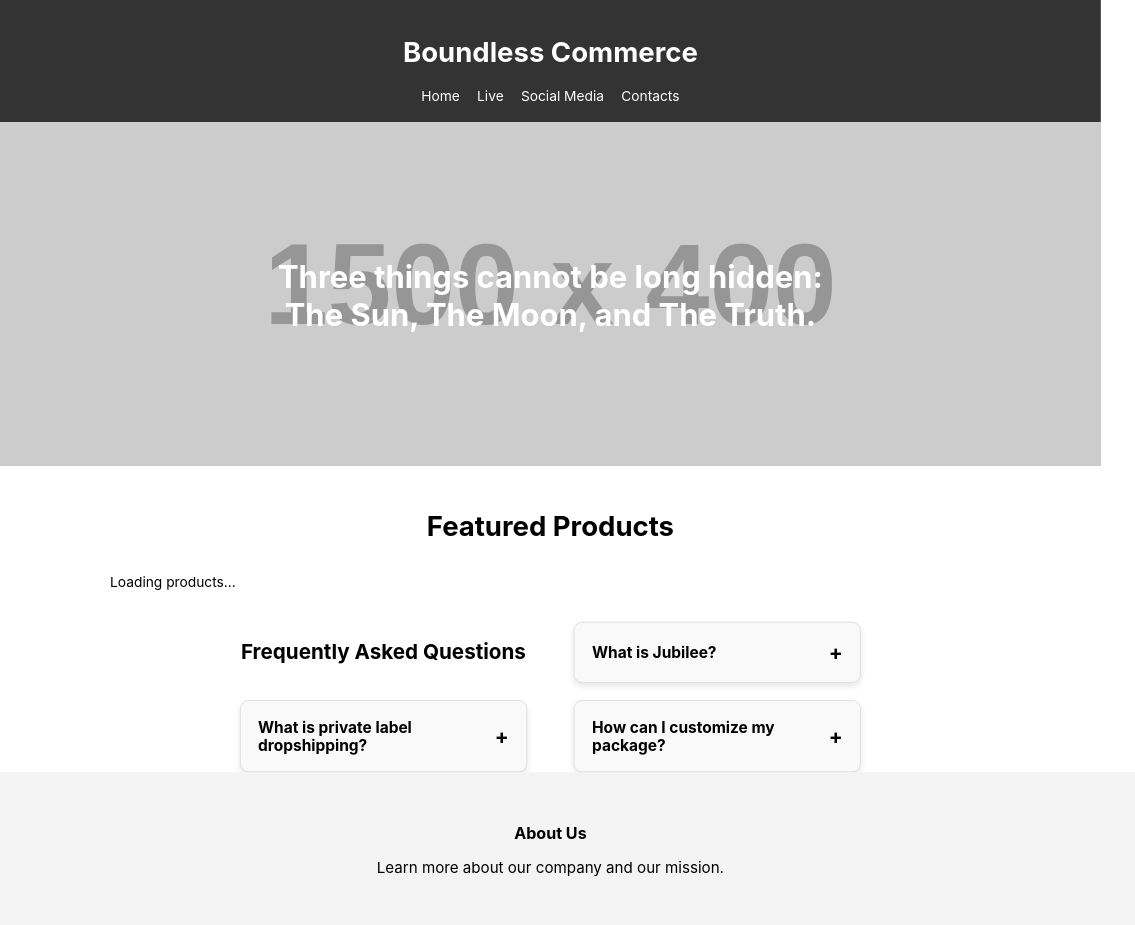
Repository: Nn-Exe/chunar-ecommerce
Page: / (app in ecommerce-frontend/)
An editor plug-in stored every save of this project. The page is shown before and after the next save, followed by the edit.
The browser window is 1280 px wide. The page is 1320 px wide, so the pictures cover 1320 px, including what lies to the right of the window. The pictures show the whole page, at 86% of full size.
The page's requests for data from a server got no answer. The project was rebuilt for these pictures with package versions that can differ from the ones it lists, and the page was loaded fresh each time. No one was signed in, and anything a server would have sent is missing.

Above is the page before, as saved 2024-09-11 13:41:49.

After the next save:
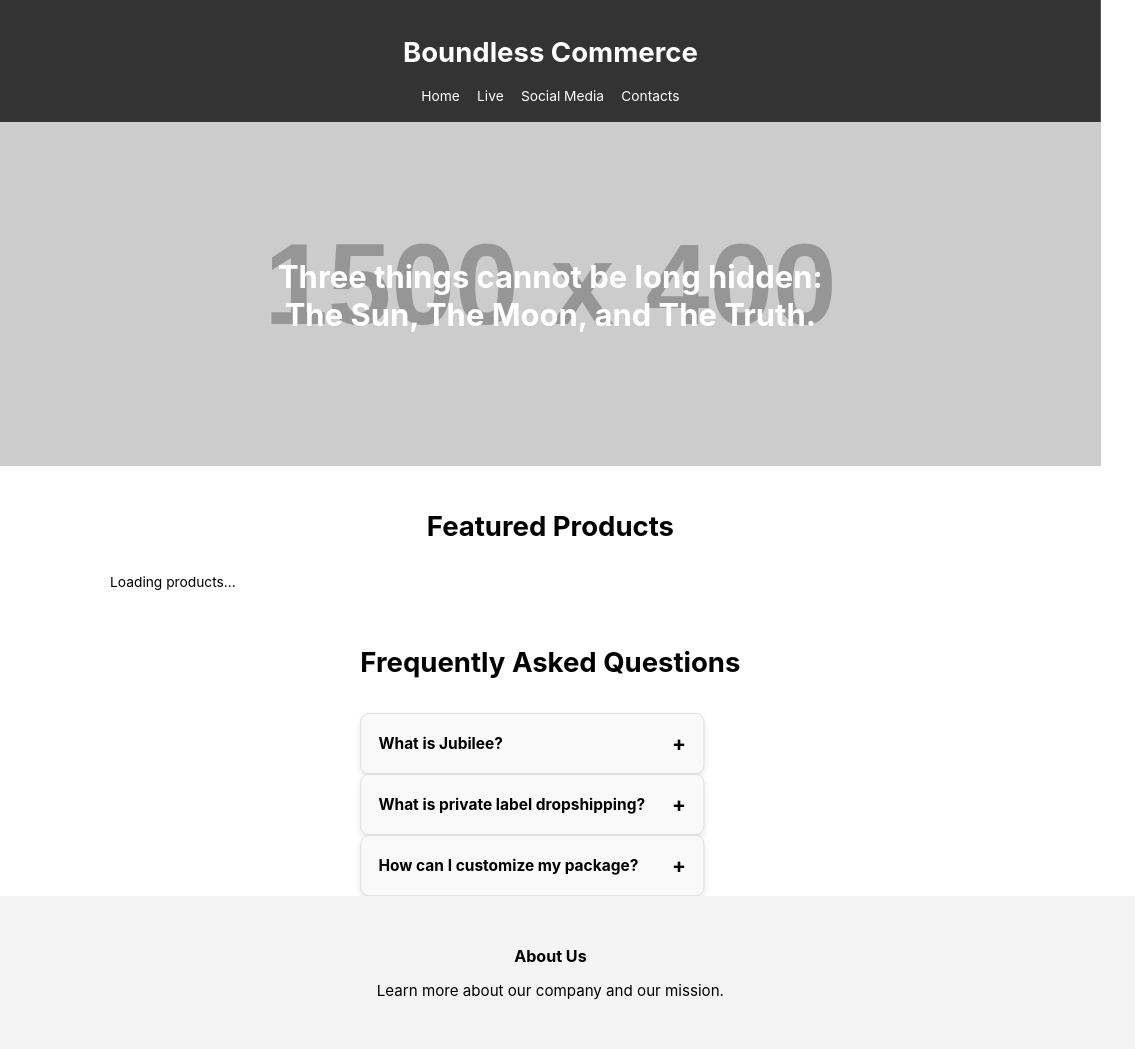
Saved 7 min 52 s later.
--- a/ecommerce-frontend/src/App.css
+++ b/ecommerce-frontend/src/App.css
@@ -141,10 +141,22 @@ nav ul li a {
 
 /* ----------- FAQ Section ---------------- */
 
+
 /* Center the FAQ section */
 .faq-section {
   max-width: 1200px;
   margin: 0 auto;
+  text-align: center; /* Center the FAQ header */
+}
+
+/* Style the header separately */
+.faq-section h2 {
+  font-size: 32px;
+  margin-bottom: 40px;
+}
+
+/* Grid layout for the FAQ items (excluding the header) */
+.faq-items {
   display: grid;
   grid-template-columns: repeat(2, 1fr); /* Two columns per row */
   gap: 20px; /* Space between the FAQ items */
